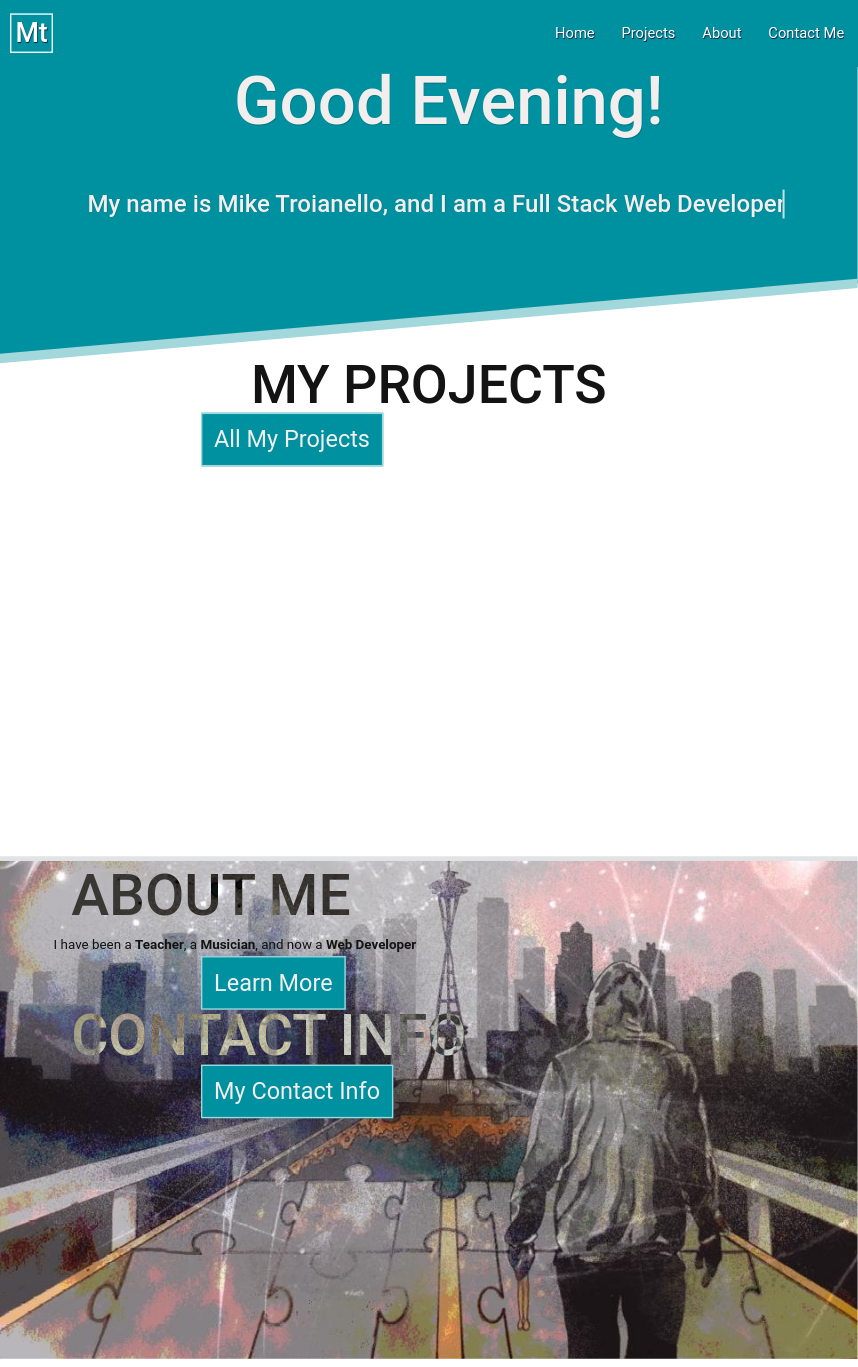
Repository: MikeTroianello/troianello
Page: /
The author's editor kept a copy of each file at every save. The page is drawn from the files as they stood at one save, then again after the next save.
The browser window is 1280 px wide. The pictures show the whole page, at 67% of full size.
The project was rebuilt for these pictures with package versions that can differ from the ones it lists, and the page was loaded fresh each time. Also part of the build but not shown: src/components/locations/About/About.css, src/components/locations/About/AboutMobile.css, src/components/locations/About/About.js, src/components/cards/RainbowDay.js, src/components/cards/CanvasBubbles.js, src/components/cards/projectCard.css, src/components/cards/projectCardMobile.css, src/components/cards/ProjectCard.js and 5 more.

Above is the page before, as saved 2019-08-03 22:33:48.

### public/index.html
<!DOCTYPE html>
<html lang="en">
  <head>
    <meta charset="utf-8" />
    <link rel="shortcut icon" href="%PUBLIC_URL%/favicon.ico" />
    <meta name="viewport" content="width=device-width, initial-scale=1" />
    <meta name="theme-color" content="#000000" />
    <!--
      manifest.json provides metadata used when your web app is installed on a
      user's mobile device or desktop. See https://developers.google.com/web/fundamentals/web-app-manifest/
    -->
    <link rel="manifest" href="%PUBLIC_URL%/manifest.json" />
    <!--
      Notice the use of %PUBLIC_URL% in the tags above.
      It will be replaced with the URL of the `public` folder during the build.
      Only files inside the `public` folder can be referenced from the HTML.

      Unlike "/favicon.ico" or "favicon.ico", "%PUBLIC_URL%/favicon.ico" will
      work correctly both with client-side routing and a non-root public URL.
      Learn how to configure a non-root public URL by running `npm run build`.
    -->
    <title>MIKE TROIANELLO</title>
  </head>
  <body>
    <noscript>You need to enable JavaScript to run this app.</noscript>
    <div id="root"></div>
  </body>
</html>

### src/App.js
import React, { Component } from 'react';
import { BrowserRouter as Router, Route, Switch } from 'react-router-dom';
import Header from './components/Header';
import Home from './components/locations/Home';
import About from './components/locations/About/About';
import Projects from './components/locations/Projects';
import Contact from './components/locations/Contact/Contact';
import NotFound from './components/locations/NotFound';
import Greet from './components/context-sensitive/Greet.js';
import './App.css';

class App extends Component {
  // state = {
  //   header: '',
  //   hours: new Date().getHours()
  // };

  // componentDidMount() {
  //   window.addEventListener('scroll', this.handleScroll);
  // }

  // componentWillUnmount() {
  //   window.removeEventListener('scroll', this.handleScroll);
  // }

  // handleScroll = event => {
  //   let scrollTop = event.srcElement.body.scrollTop;
  //   console.log(window.scrollY);
  //   // if(window.scrollY > 200 && this.state.header) {
  //   if (window.scrollY < 88) {
  //     this.setState({ header: '' });
  //     console.log(this.state.header);
  //   }
  //   if (window.scrollY > 88 && window.scrollY < 502) {
  //     this.setState({ header: <Greet classname='header-greet' /> });
  //     console.log(this.state.header);
  //   }
  //   if (window.scrollY > 503 && window.scrollY < 1266) {
  //     this.setState({ header: 'My Projects' });
  //     console.log(this.state.header);
  //   }
  //   if (window.scrollY > 1267) {
  //     this.setState({ header: 'About Me' });
  //     console.log(this.state.header);
  //   }
  // };

  render() {
    return (
      <div className='App'>
        <Router>
          {/* <Header showHeader={this.state.header} /> */}
          <Header />
          <div>
            <Switch>
              <Route exact path='/' component={Home} />
              <Route exact path='/about' component={About} />
              <Route exact path='/projects' component={Projects} />
              <Route exact path='/contact' component={Contact} />
              <Route component={NotFound} />
            </Switch>
          </div>
        </Router>
      </div>
    );
  }
}

export default App;

### src/components/Header.js
import React, { Component } from 'react';
import { Link } from 'react-router-dom';
import Greet from '../components/context-sensitive/Greet.js';

export default class Header extends Component {
  render() {
    // let headerClass = this.props.showHeader ? 'header' : 'header transition';
    // if(this.props.showHeader == "time"){
    //   this.props.showHeader = <Greet/>
    // }
    /* <div className={headerClass}> */
    return (
      <div className='header'>
        <div className='links'>
          {/* <div className='logo'>
            <Link to='/'>Mt</Link>
          </div> */}
          <Link to='/' className='logo-2'>
            <h1 className='mt-logo'>Mt</h1>
          </Link>
          <div>{this.props.showHeader}</div>

          <div className='individual-link'>
            <Link to='/'>Home</Link>
          </div>
          <div className='individual-link'>
            <Link to='/projects'>Projects</Link>
          </div>
          <div className='individual-link'>
            <Link to='/about'>About</Link>
          </div>
          <div className='individual-link test'>
            <Link to='/contact'>Contact Me</Link>
          </div>
        </div>
      </div>
    );
  }
}

### src/components/locations/Home.js
import React, { Component } from 'react';
import { Link } from 'react-router-dom';
import Greet from '../context-sensitive/Greet';

export default class Home extends Component {
  render() {
    // let date = new Date();
    // let hours = date.getHours();
    return (
      <div className='home-bg'>
        <div className='home-top'>
          <Greet hours={this.props.hours} />
          <h2 className='home-typewriter-setup home-typewriter-animation'>
            My name is Mike Troianello, and I am a Full Stack Web Developer.
          </h2>
        </div>
        <div className='home-fade1' />
        <div className='home-projects'>
          <h1>MY PROJECTS</h1>
          <div className='link home-project-button'>
            <Link to='/projects'>All My Projects</Link>
          </div>
        </div>
        <div className='home-fade2' />
        <div className='home-about'>
          <h1 className='home-album-text'>ABOUT ME</h1>
          <p>
            I have been a <strong>Teacher</strong>, a <strong>Musician</strong>,
            and now a <strong>Web Developer</strong>
          </p>
          <div className='link'>
            <Link to='/about'>Learn More</Link>
          </div>
          <h1 className='home-album-text'>CONTACT INFO</h1>
          <div className='link'>
            <Link to='/contact'>My Contact Info</Link>
          </div>
        </div>
      </div>
    );
  }
}

### src/components/context-sensitive/Greet.js
import React, { Component } from 'react';

export default class Greed extends Component {
  render() {
    console.log(this.props.hours);
    const { hours } = this.props;
    function greeting() {
      console.log();
      if (hours < 12) {
        return 'Good Morning!';
      } else if (hours >= 12 && hours < 18) {
        return 'Good Afternoon!';
      } else {
        return 'Good Evening!';
      }
    }
    return (
      <div>
        <h1>{greeting()}</h1>
      </div>
    );
  }
}

### src/App.css
:root {
  --off-black: #131313;
  --off-white: #f2eeee;
}

.App {
  font-family: 'roboto';
}
@import url('https://fonts.googleapis.com/css?family=Chivo&display=swap');
@import url('https://fonts.googleapis.com/css?family=Roboto&display=swap');
@import url('https://fonts.googleapis.com/css?family=Exo+2:800&display=swap');

.App-header {
  background-color: #282c34;
  min-height: 100vh;
  display: flex;
  flex-direction: column;
  /* align-items: center; */
  justify-content: center;
  font-size: calc(10px + 2vmin);
  /* color: white; */
}

/* .App-link {
  color: #61dafb;
} */

body {
  padding-top: 47px;
}

div {
  font-size: 20px;
}

p {
  margin-left: 4em;
  color: var(--off-black);
}

/* HEADER */

.header {
  background-color: #0091a0;
  /* background-color: #192e6c; */
  overflow: hidden;
  position: fixed;
  top: 0;
  width: 100%;
  height: 100px;
  z-index: 1;
  transition: all 0.5s;
}

.header.transition {
  transition: all 0.5s;
}

.header a {
  text-decoration: none;
  font-family: 'roboto';
  color: white;
  text-shadow: 1px 1px 1px #002145;
  font-size: 1.1em;
}

/* HOME PAGE */

/* .home-bg {
  height: 300vh;
} */

.link {
  margin-left: 15em;
}

.link a {
  color: var(--off-white);
  background-color: #0091a0;
  border-style: solid;
  border-color: #a2d7dc;
  border-width: 2px;
  font-size: 1.75em;
  padding: 0.5em;
  /* border-radius: 5px; */
}

.home-top {
  background-color: #0091a0;
  height: 65vh;
  width: 100%;
  transform: skewY(-5deg);
  margin-top: -5vh;
  padding: 0;
}

.home-top h1 {
  text-align: center;
  color: var(--off-white);
  font-size: 5em;
  padding-left: 0.6em;
  padding-top: 0.8em;
  margin-bottom: 0;
  padding-bottom: 0;
  transform: skewY(5deg);
  text-shadow: 1px 1px 1px #007783;
}

.home-top h2 {
  text-align: center;
  color: var(--off-white);
  padding-left: 0.6em;
  margin-bottom: 0;
  padding-bottom: 0;
  transform: skewY(5deg);
  text-shadow: 1px 1px 1px #007783;
}

.home-typewriter-setup {
  /* position: relative;
    width: 29em;
    margin: 0 auto;
    text-align: center;
    white-space: nowrap;
    overflow: hidden; */
  position: relative;
  width: 24em;
  margin: 10vh auto;
  border-right: 3px solid rgba(255, 255, 255, 0.75);
  font-size: 180%;
  text-align: center;
  white-space: nowrap;
  overflow: hidden;
}

.home-typewriter-animation {
  animation: typewriter 4s steps(65) 1s 1 normal both,
    blinkTextCursor 1000ms steps(40) infinite normal;
}

@keyframes typewriter {
  from {
    width: 0;
  }
  to {
    width: 29.5em;
  }
}
@keyframes blinkTextCursor {
  from {
    border-right-color: rgba(255, 255, 255, 0.75);
  }
  to {
    border-right-color: transparent;
  }
}

.home-fade1 {
  height: 2vh;
  width: 100%;
  background-color: #a2d7dc;
  transform: skewY(-5deg);
  margin-top: -1vh;
}

/* .link {
  margin-bottom: 2px;
} */

.home-project-button {
}

.home-fade2 {
  height: 1vh;
  width: 100%;
  background-color: #e1e3e5;
  /* margin-top: -1vh; */
}

.home-about {
  height: 105vh;
  background: url('./components/images/pics/album-pics/thumbnail-3.jpg')
    no-repeat;
  background-size: 100% auto;
  background-position: 0 -30vh;
  /* background-repeat: no-repeat; */
  /* background-color: #909a9f; */
}

.home-about h1 {
  color: var(--off-white);
  font-size: 4.25em;
  margin-left: 1.25em;
}

.home-projects {
  font-size: 2em;
  padding-top: 1em;
  height: 110vh;
}

.home-projects h1 {
  color: var(--off-black);
  font-size: 2em;
  text-align: center;
}

.home-album-text {
  mix-blend-mode: difference;
}

.home-contact {
  height: 50vh;
}

.home-contact h1 {
  font-size: 4.5em;
  margin-left: 1em;
  color: var(--off-white);
}

/* PROJECTS PAGE */

.projects {
  background-color: #1c7787;
  color: var(--off-white);
  padding-top: 3em;
  overflow: hidden;
  min-height: 97.45vh;
}

.project-box {
  display: flex;
  flex-wrap: wrap;
  justify-content: space-around;
  text-decoration: none;
  /* margin: 1vh 0; */
}

.projects-title {
  text-align: center;
}

.projects-technologies {
  padding: 10vh 0 0 1.33vw;
  background-color: #1c7787;
  border-right: 1.5px solid black;
}

.links {
  display: flex;
  justify-content: flex-end;
  align-items: center;
}

.individual-link {
  margin: 0 1em;
}

/* NAVBAR */

/* logo */

.logo {
  color: white;
  padding: 1px 6px;
  font-size: 1.35em;
  font-weight: bold;
  border-style: solid;
  border-color: White;
  border-width: 2px;
  margin: 20px auto 20px 15px;
}

.logo-2 {
  color: white;
  padding: 1px 6px 0;
  font-weight: bold;
  border-style: solid;
  border-color: White;
  border-width: 2px;
  margin: 20px auto 20px 15px;
}

.mt-logo {
  margin: 3px 0;
}

Loaded but not shown: src/index.js (common file); src/index.css (common file); src/serviceWorker.js (common file)

After the next save:
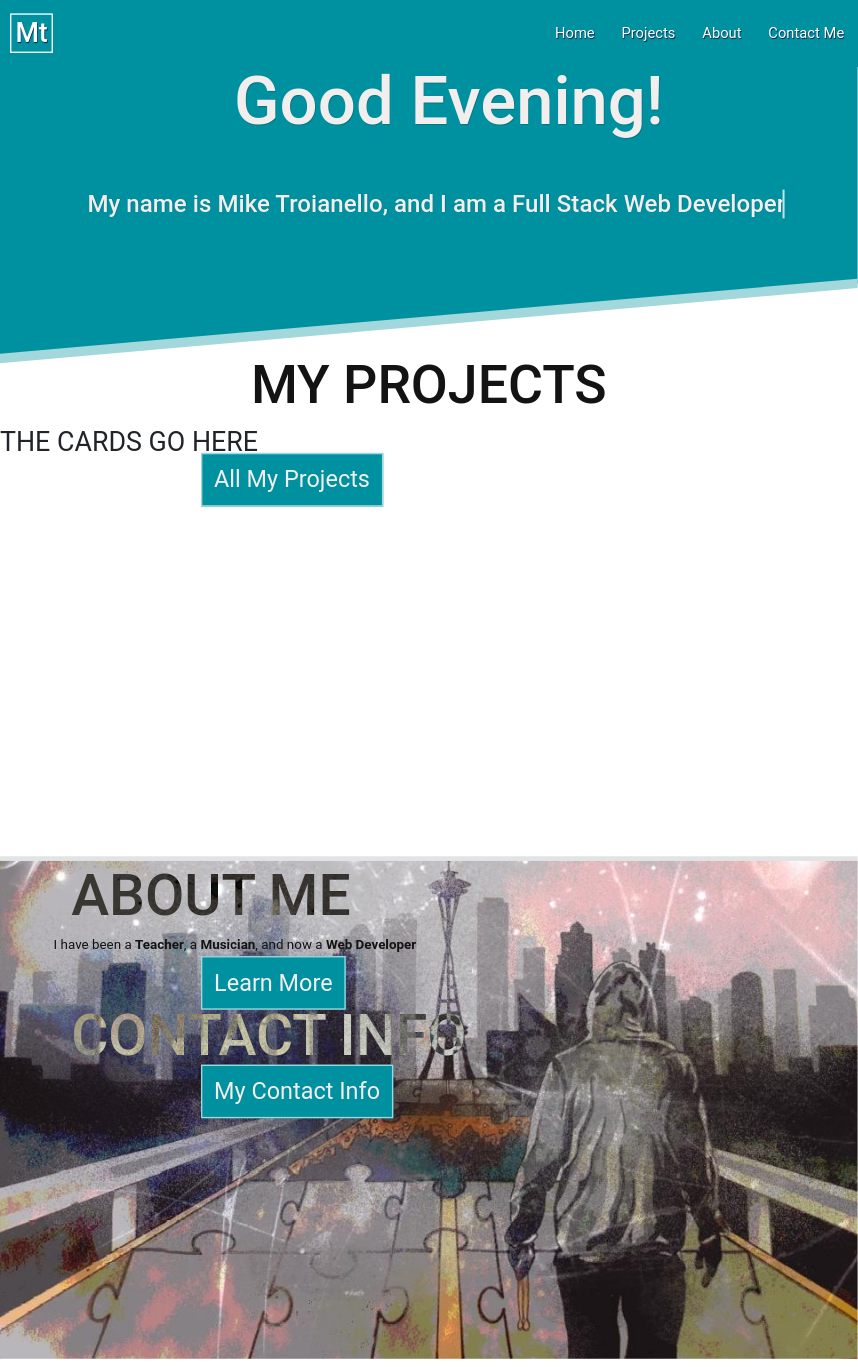
Saved 24 s later.
--- a/src/components/locations/Home.js
+++ b/src/components/locations/Home.js
@@ -17,6 +17,7 @@
         <div className='home-fade1' />
         <div className='home-projects'>
           <h1>MY PROJECTS</h1>
+          THE CARDS GO HERE
           <div className='link home-project-button'>
             <Link to='/projects'>All My Projects</Link>
           </div>

After the save that followed:
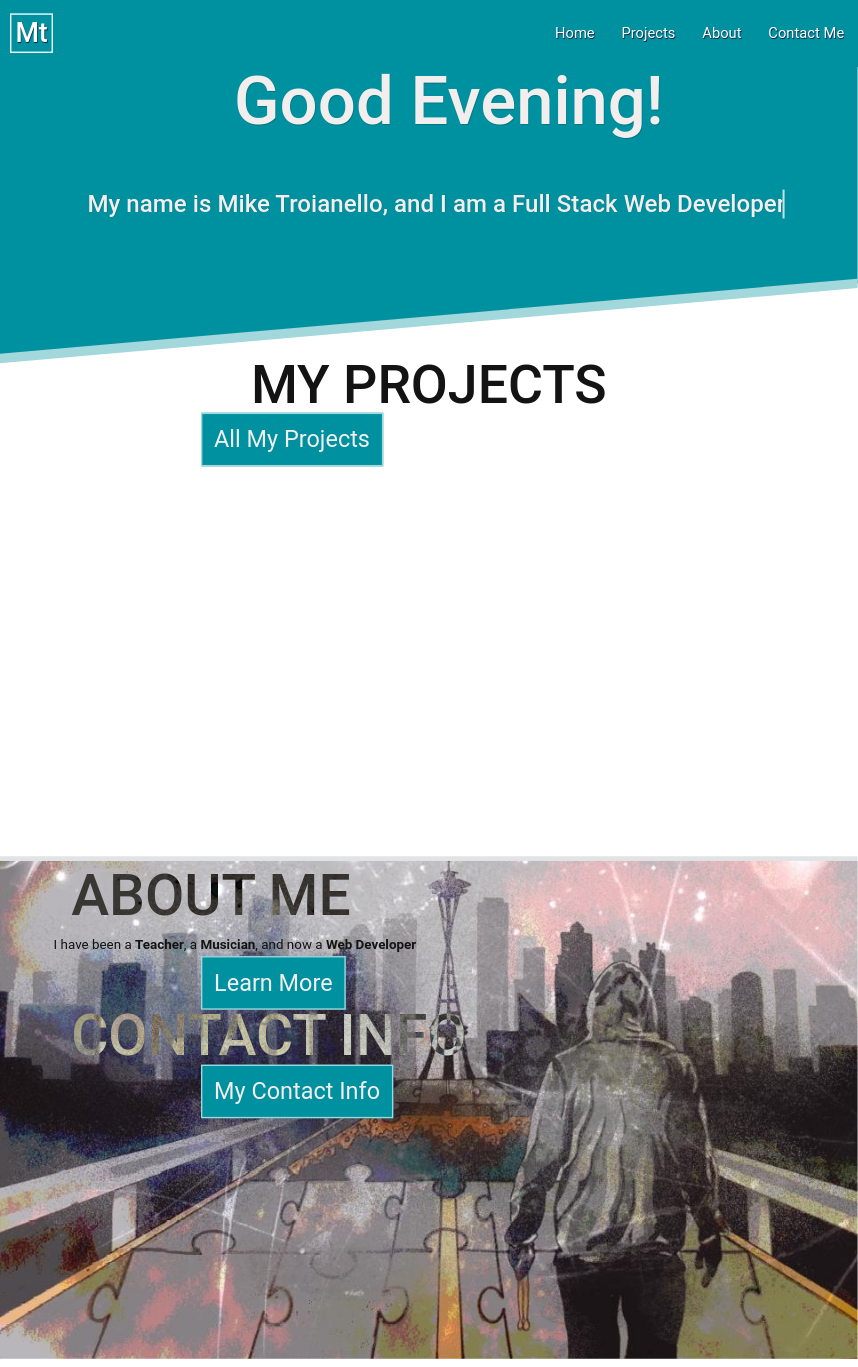
Saved 6 s later.
--- a/src/components/locations/Home.js
+++ b/src/components/locations/Home.js
@@ -17,7 +17,7 @@
         <div className='home-fade1' />
         <div className='home-projects'>
           <h1>MY PROJECTS</h1>
-          THE CARDS GO HERE
+          {/* THE CARDS GO HERE */}
           <div className='link home-project-button'>
             <Link to='/projects'>All My Projects</Link>
           </div>
